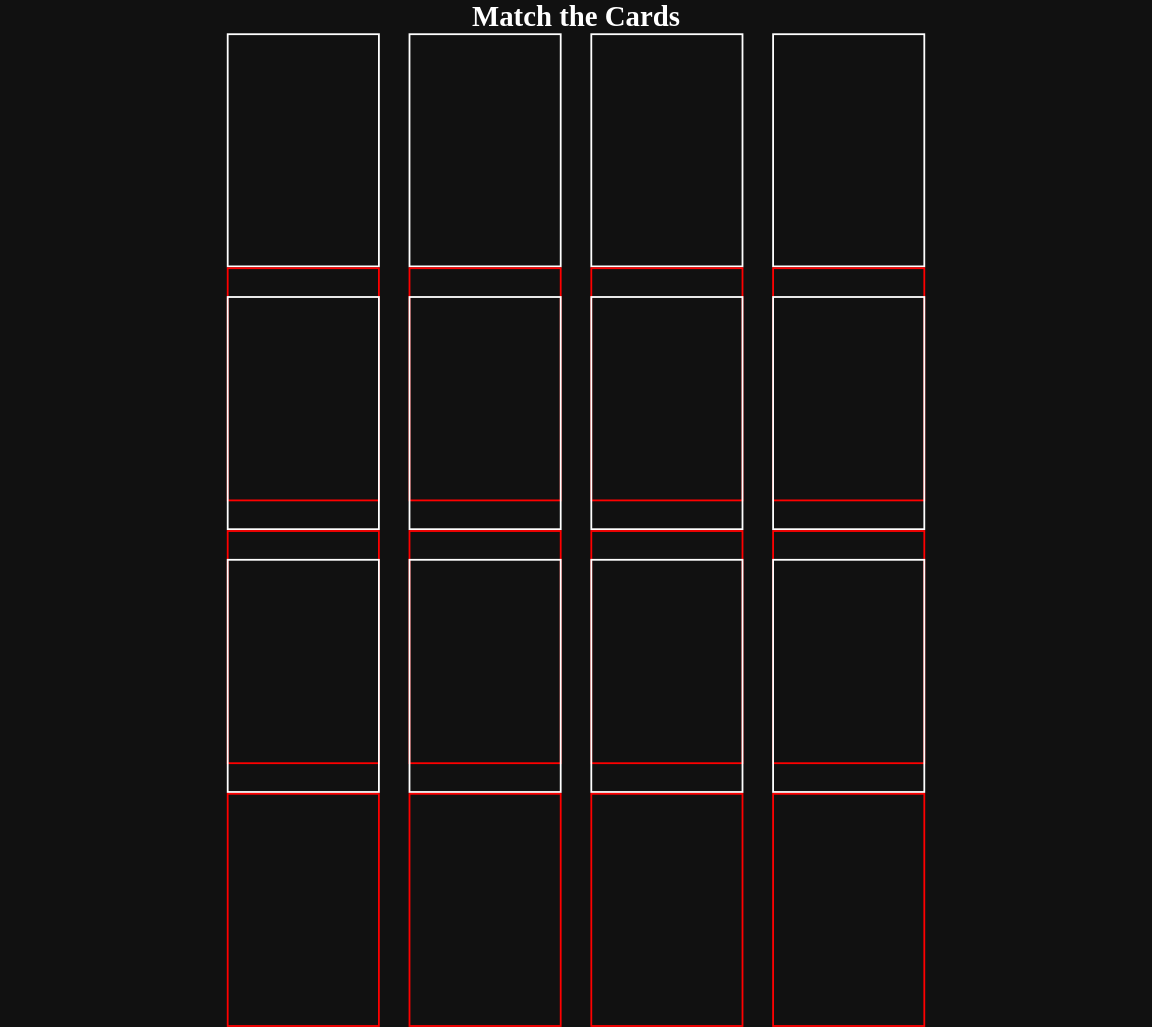
Repository: ThisIsSahaj/Js-Games
Page: MemoryCards/index.html
These files come from the project's save history. The page is drawn as it stood at one moment and after the next save; the edit follows.
The browser window is 1280 px wide. The pictures show the whole page, at 90% of full size.

Above is the page before, as saved 2024-05-16 15:34:00.

After the next save:
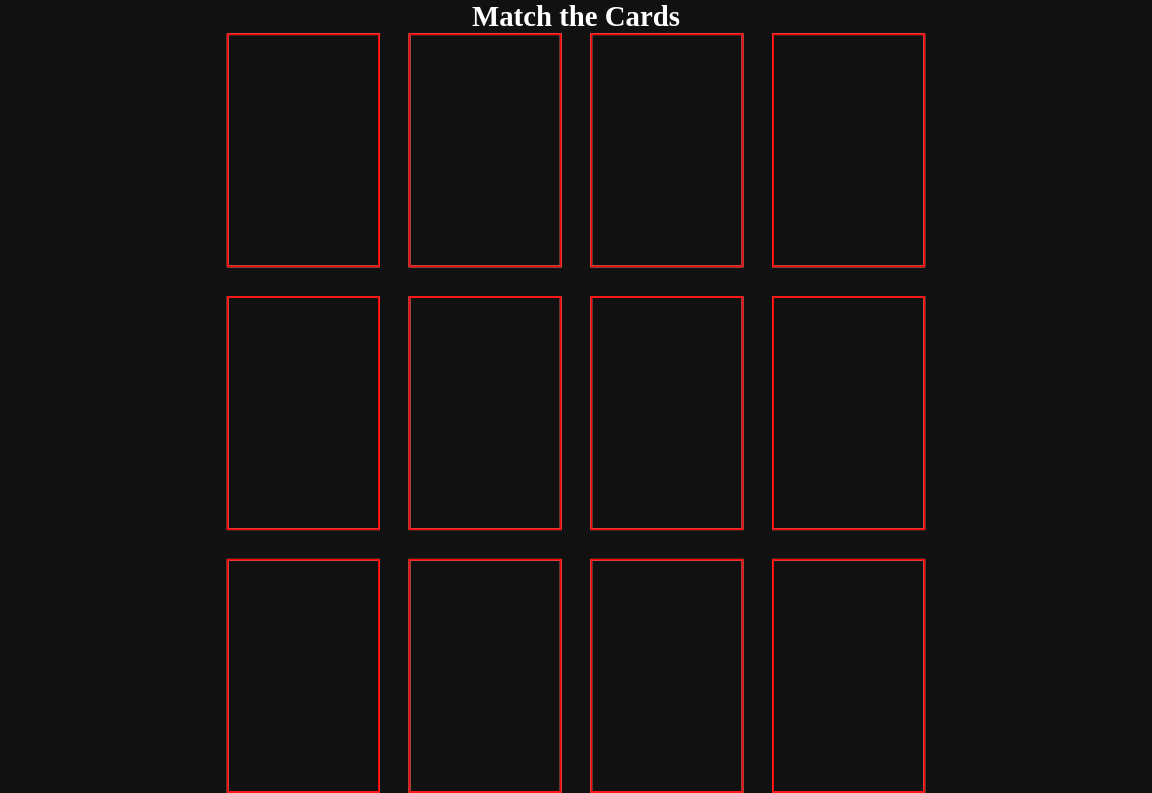
Saved 35 s later.
--- a/MemoryCards/style.css
+++ b/MemoryCards/style.css
@@ -40,6 +40,10 @@
     border: 4px solid green;
 }
 
+
+.cardBack, .cardFront{
+    position: absolute;
+}
 .cardBack{
  border: 2px solid white;
  width: 170px;
